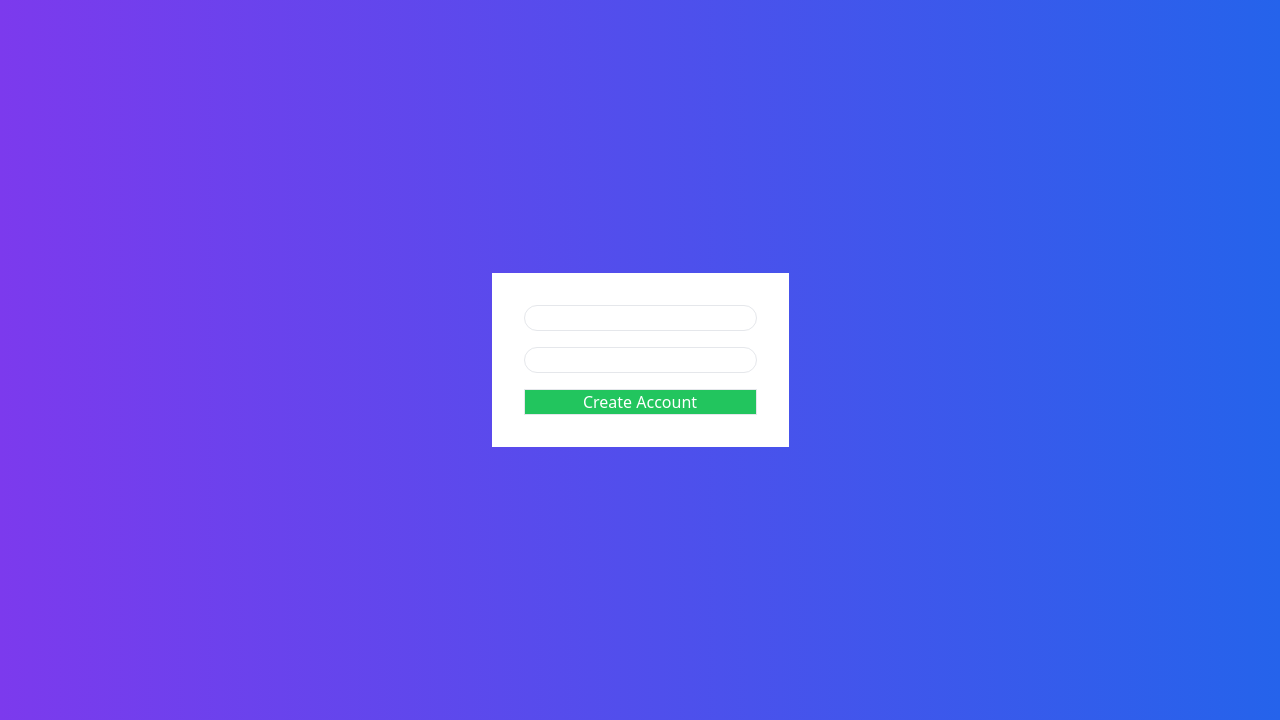
Repository: Velkan33/ReactTypescript
Page: /
The author's editor kept a copy of each file at every save. The page is drawn from the files as they stood at one save, then again after the next save.
The browser window is 1280 px wide. The pictures show the whole page.
The project was rebuilt for these pictures with package versions that can differ from the ones it lists, and the page was loaded fresh each time. Also part of the build but not shown: vite.config.ts.

Above is the page before, as saved 2023-04-05 05:42:12.

### index.html
<!DOCTYPE html>
<html lang="en">
 <head>
  <meta charset="UTF-8" />
  <link rel="icon" type="image/svg+xml" href="/vite.svg" />
  <link rel="stylesheet" href="/src/styles/output.css" />
  <link rel="preconnect" href="https://fonts.googleapis.com" />
  <link rel="preconnect" href="https://fonts.gstatic.com" crossorigin />
  <link
   href="https://fonts.googleapis.com/css2?family=Permanent+Marker&display=swap"
   rel="stylesheet"
  />
  <meta name="viewport" content="width=device-width, initial-scale=1.0" />
  <title>Vite + React + TS</title>
 </head>
 <body>
  <div id="root"></div>
  <script type="module" src="/src/main.tsx"></script>
 </body>
</html>

### src/main.tsx
import React from 'react';
import ReactDOM from 'react-dom/client';
import App from './App';

ReactDOM.createRoot(document.getElementById('root') as HTMLElement).render(
 <React.StrictMode>
  <App />
 </React.StrictMode>
);

### src/App.tsx
import React from 'react';

import UserFetchApp from './999_Diario_React/DummyJSONFetchUsers/UserFetchApp';
import LogginApp from './999_Diario_React/DummyJSONLoggin/LoginApp';

function App() {
 const SongFinderStyle =
  'h-full w-full bg-gradient-to-l from-blue-600 to-violet-600 text-white';
 return (
  <div className={SongFinderStyle}>
   {/* <CrudApi5A /> */}
   {/* <SongSearch /> */}
   {/* <UserFetchApp /> */}
   <LogginApp />
  </div>
 );
}

export default App;

### src/999_Diario_React/DummyJSONLoggin/LoginApp.tsx
import React from 'react';
import LoginCard from './LoginCard';

export default function LogginApp() {
 return (
  <div className="h-screen grid place-items-center">
   <LoginCard />
  </div>
 );
}

### src/999_Diario_React/DummyJSONLoggin/LoginCard.tsx
import React from 'react';

export default function LoginCard() {
 return (
  <div className="bg-white text-gray-800 p-8">
   <form className="grid gap-4">
    <input type="text" className="rounded-full border" />
    <input type="text" className="border rounded-full" />
    <input
     type="submit"
     value="Create Account"
     className="bg-green-500 text-white border"
    />
   </form>
  </div>
 );
}

Loaded but not shown: src/styles/output.css (1915 lines, source omitted)

After the next save:
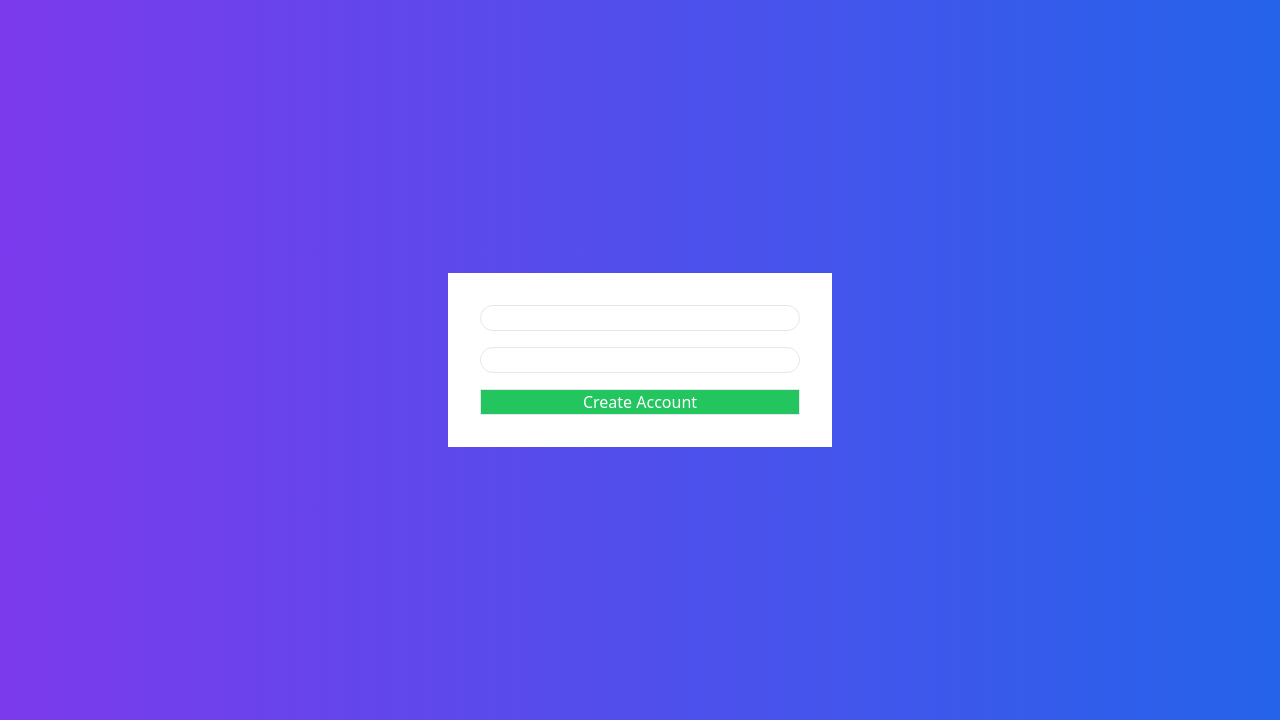
Saved 23 s later.
--- a/src/999_Diario_React/DummyJSONLoggin/LoginCard.tsx
+++ b/src/999_Diario_React/DummyJSONLoggin/LoginCard.tsx
@@ -9,7 +9,7 @@ export default function LoginCard() {
     <input
      type="submit"
      value="Create Account"
-     className="bg-green-500 text-white border"
+     className="bg-green-500 text-white w-[20rem] border"
     />
    </form>
   </div>
